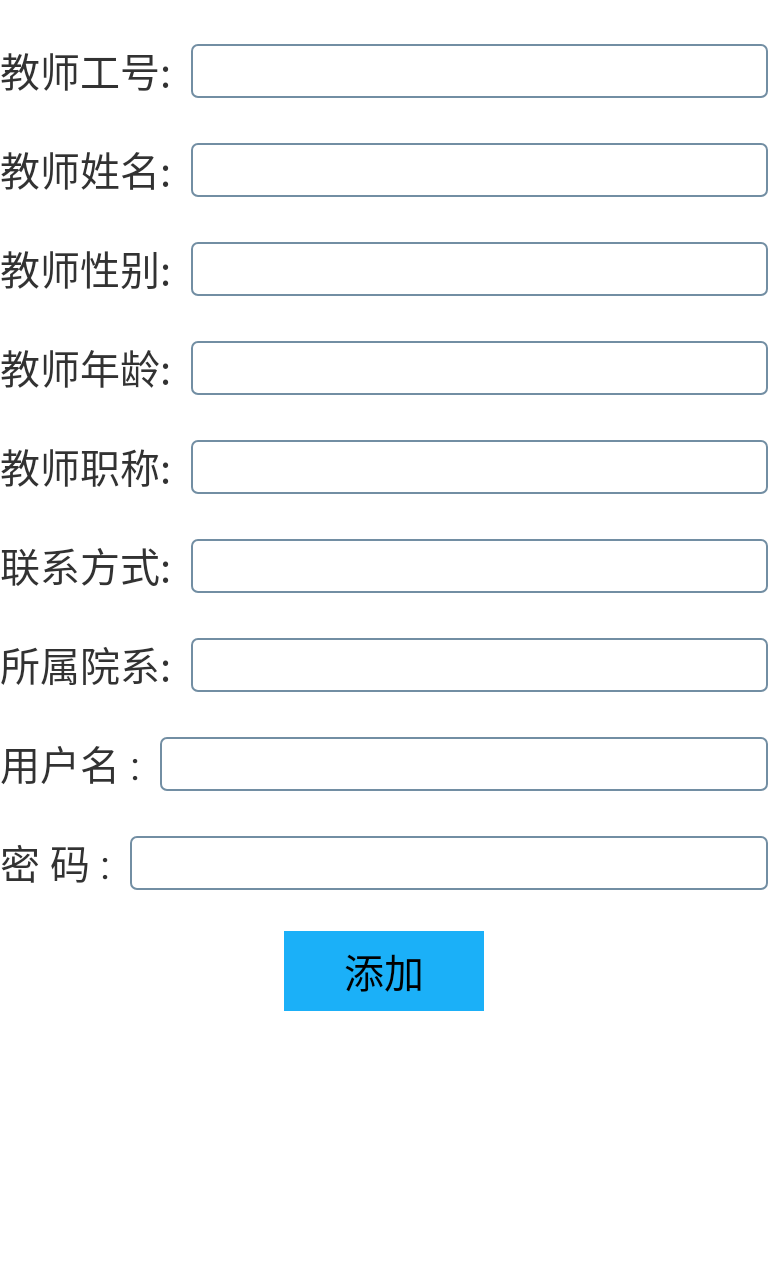
Repository: 15862175370/MyProject
Layout: 毕业设计系统源码_李伟/client/TeachSystem/res/layout/addteacher.xml
These files come from the project's save history. The layout is drawn as it stood at one moment and after the next save; the edit follows.
It is drawn on a 768 x 1280 px phone screen (xhdpi) without system bars, with theme AppTheme; the app's code is not run.

Above is the layout before, as saved 2016-05-20 13:13:58.

### 毕业设计系统源码_李伟/client/TeachSystem/res/layout/addteacher.xml
<?xml version="1.0" encoding="utf-8"?>
<ScrollView xmlns:android="http://schemas.android.com/apk/res/android"
     android:layout_width="match_parent"
    android:layout_height="match_parent"
    >
<LinearLayout
    android:layout_width="match_parent"
    android:layout_height="match_parent"
    android:orientation="vertical" >
    <LinearLayout
     android:id="@+id/cno_linearlayout"
      android:layout_width="match_parent"
        android:layout_height="wrap_content"
        android:orientation="horizontal"
        android:layout_marginTop="20dp"
        >
        <TextView
         android:id="@+id/teacher_tn"
         android:layout_width="wrap_content"
         android:layout_height="wrap_content"
         android:textSize="20dp"
         android:text="教师工号:"/>
        <EditText
            android:layout_marginLeft="10dp"
            android:id="@+id/myteacher_tno"
         android:layout_width="match_parent"
         android:layout_height="wrap_content"
          android:textSize="20dp"
         android:background="@drawable/biankuang"
            />

    </LinearLayout>
 <LinearLayout
     android:id="@+id/cno"
      android:layout_width="match_parent"
        android:layout_height="wrap_content"
        android:orientation="horizontal"
        android:layout_marginTop="20dp"
        >
        <TextView
         android:id="@+id/teach"
         android:layout_width="wrap_content"
         android:layout_height="wrap_content"
         android:textSize="20dp"
         android:text="教师姓名:"/>
        <EditText
            android:layout_marginLeft="10dp"
            android:id="@+id/myteacher_tname"
         android:layout_width="match_parent"
         android:layout_height="wrap_content"
          android:textSize="20dp"
         android:background="@drawable/biankuang"
            />

    </LinearLayout>


     <LinearLayout
     android:id="@+id/cname_linearlayout"
      android:layout_width="match_parent"
        android:layout_height="wrap_content"
        android:orientation="horizontal"
        android:layout_marginTop="20dp"

        >
        <TextView
         android:id="@+id/teacher_se"
         android:layout_width="wrap_content"
         android:layout_height="wrap_content"
         android:textSize="20dp"
         android:text="教师性别:"/>
        <EditText
              android:layout_marginLeft="10dp"
            android:id="@+id/myteacher_sex"
         android:layout_width="match_parent"
         android:layout_height="wrap_content"
          android:textSize="20dp"
        android:background="@drawable/biankuang"
            />

    </LinearLayout>


      <LinearLayout
     android:id="@+id/ctime_linearlayout"
      android:layout_width="match_parent"
        android:layout_height="wrap_content"
        android:orientation="horizontal"
        android:layout_marginTop="20dp"

        >
        <TextView
         android:id="@+id/mytea"
         android:layout_width="wrap_content"
         android:layout_height="wrap_content"
         android:textSize="20dp"
         android:text="教师年龄:"/>
        <EditText
              android:layout_marginLeft="10dp"
            android:id="@+id/myteacher_age"
         android:layout_width="match_parent"
         android:layout_height="wrap_content"
          android:textSize="20dp"
      android:background="@drawable/biankuang"
            />

    </LinearLayout>


       <LinearLayout
     android:id="@+id/cadress_linearlayout"
      android:layout_width="match_parent"
        android:layout_height="wrap_content"
        android:orientation="horizontal"
        android:layout_marginTop="20dp"

        >
        <TextView
         android:id="@+id/myteacher_pro"
         android:layout_width="wrap_content"
         android:layout_height="wrap_content"
         android:textSize="20dp"
         android:text="教师职称:"/>
        <EditText
              android:layout_marginLeft="10dp"
            android:id="@+id/teacher_prof"
         android:layout_width="match_parent"
         android:layout_height="wrap_content"
          android:textSize="20dp"
       android:background="@drawable/biankuang"
            />

    </LinearLayout>

        <LinearLayout
     android:id="@+id/content_linearlayout"
      android:layout_width="match_parent"
        android:layout_height="wrap_content"
        android:orientation="horizontal"
        android:layout_marginTop="20dp"

        >
        <TextView
         android:id="@+id/teacher_phone"
         android:layout_width="wrap_content"
         android:layout_height="wrap_content"
         android:textSize="20dp"
         android:text="联系方式:"/>
        <EditText
              android:layout_marginLeft="10dp"
            android:id="@+id/myteacher_phone"
         android:layout_width="match_parent"
         android:layout_height="wrap_content"
          android:textSize="20dp"
         android:background="@drawable/biankuang"
            />

    </LinearLayout>

         <LinearLayout
     android:id="@+id/teacher_linearlayout"
      android:layout_width="match_parent"
        android:layout_height="wrap_content"
        android:orientation="horizontal"
        android:layout_marginTop="20dp"

        >
        <TextView
         android:id="@+id/teacher_textview"
         android:layout_width="wrap_content"
         android:layout_height="wrap_content"
         android:textSize="20dp"
         android:text="所属院系:"/>
        <EditText
              android:layout_marginLeft="10dp"
            android:id="@+id/myteacher_dept"
         android:layout_width="match_parent"
         android:layout_height="wrap_content"
          android:textSize="20dp"
         android:background="@drawable/biankuang"
            />

    </LinearLayout>


           <LinearLayout
     android:id="@+id/teacher_linearlay"
      android:layout_width="match_parent"
        android:layout_height="wrap_content"
        android:orientation="horizontal"
        android:layout_marginTop="20dp"

        >
        <TextView
         android:id="@+id/teacher_user"
         android:layout_width="wrap_content"
         android:layout_height="wrap_content"
         android:textSize="20dp"
         android:text="用户名 :"/>
        <EditText
              android:layout_marginLeft="10dp"
            android:id="@+id/myteacher_user"
         android:layout_width="match_parent"
         android:layout_height="wrap_content"
          android:textSize="20dp"
         android:background="@drawable/biankuang"
            />

    </LinearLayout>




        <LinearLayout
     android:id="@+id/teacher_line"
      android:layout_width="match_parent"
        android:layout_height="wrap_content"
        android:orientation="horizontal"
        android:layout_marginTop="20dp"

        >
        <TextView
         android:id="@+id/teacher_pass"
         android:layout_width="wrap_content"
         android:layout_height="wrap_content"
         android:textSize="20dp"
         android:text="密 码 :"/>
        <EditText
              android:layout_marginLeft="10dp"
            android:id="@+id/myteacher_pass"
         android:layout_width="match_parent"
         android:layout_height="wrap_content"
          android:textSize="20dp"
         android:background="@drawable/biankuang"
            />

    </LinearLayout>



    <RelativeLayout
           android:layout_height="wrap_content"
             android:layout_width="match_parent"
             android:layout_marginTop="20dp"

            >
            <Button
                android:layout_centerInParent="true"
                android:layout_marginLeft="30dp"
             android:id="@+id/myteacher_add"
             android:layout_height="40dp"
               android:layout_width="100dp"
               android:background="#1bb0f8"
               android:textSize="20dp"
               android:text="添加"
                />
        </RelativeLayout>


</LinearLayout>
</ScrollView>

### 毕业设计系统源码_李伟/client/TeachSystem/res/drawable/biankuang.xml
<?xml version="1.0" encoding="utf-8"?>
<shape xmlns:android="http://schemas.android.com/apk/res/android" >
     <solid android:color="#FFFFFF" />
    <corners android:radius="3dip"/>
    <stroke
        android:width="1dip"
        android:color="#728ea3" />

</shape>

Loaded but not shown: 毕业设计系统源码_李伟/client/TeachSystem/res/values/styles.xml (common file); 毕业设计系统源码_李伟/client/TeachSystem/res/values-v11/styles.xml (common file); 毕业设计系统源码_李伟/client/TeachSystem/res/values-v14/styles.xml (common file)

After the next save:
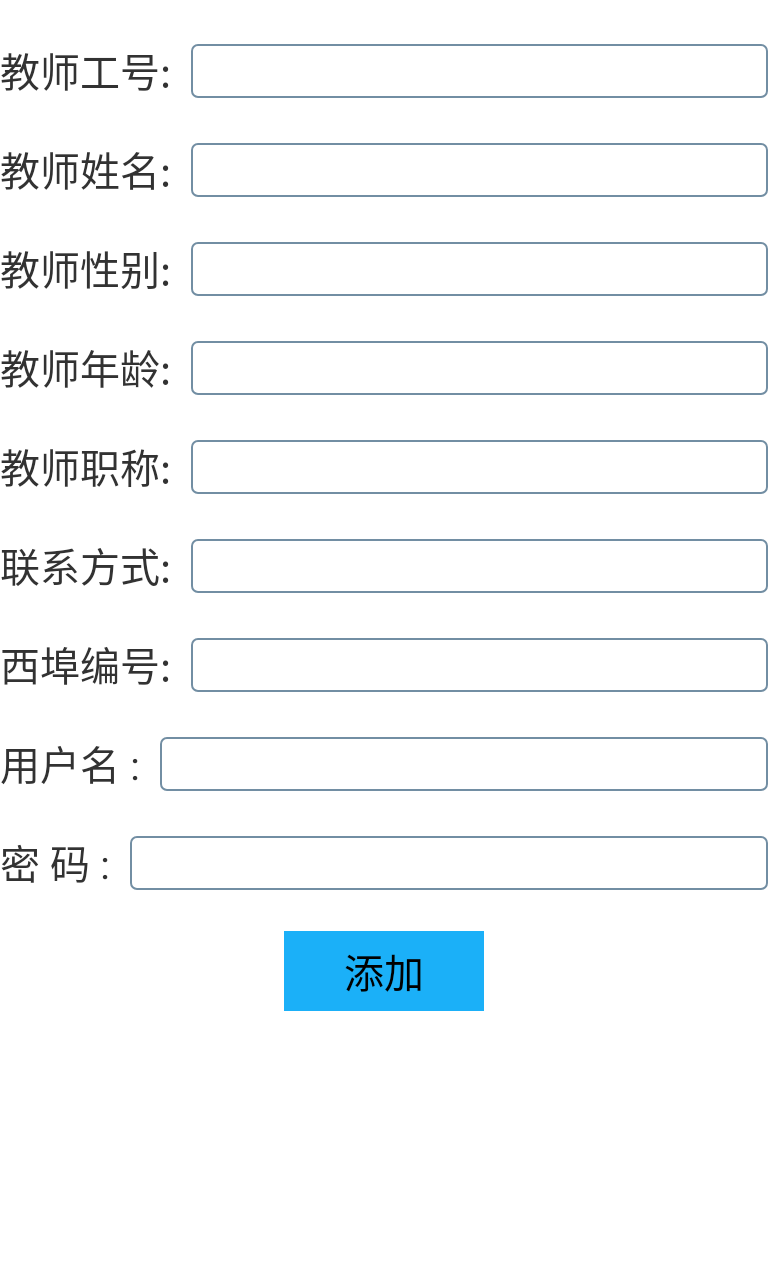
Saved 34 s later.
--- a/毕业设计系统源码_李伟/client/TeachSystem/res/layout/addteacher.xml
+++ b/毕业设计系统源码_李伟/client/TeachSystem/res/layout/addteacher.xml
@@ -170,7 +170,7 @@
          android:layout_width="wrap_content"
          android:layout_height="wrap_content"
          android:textSize="20dp"
-         android:text="所属院系:"/>
+         android:text="西埠编号:"/>
         <EditText
               android:layout_marginLeft="10dp"
             android:id="@+id/myteacher_dept"
